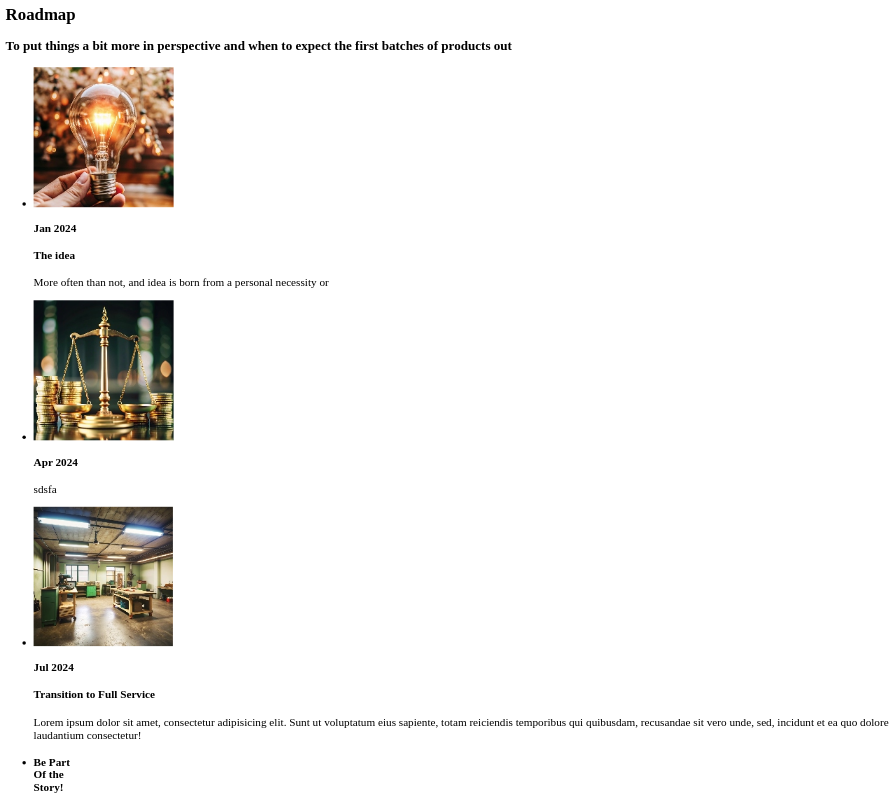
Repository: amazeika/astromakes-landing-page
Page: _includes/roadmap.html
These files come from the project's save history. The page is drawn as it stood at one moment and after the next save; the edit follows.
The browser window is 1280 px wide. The pictures show the whole page, at 70% of full size.

Above is the page before, as saved 2024-07-20 19:17:57.

After the next save:
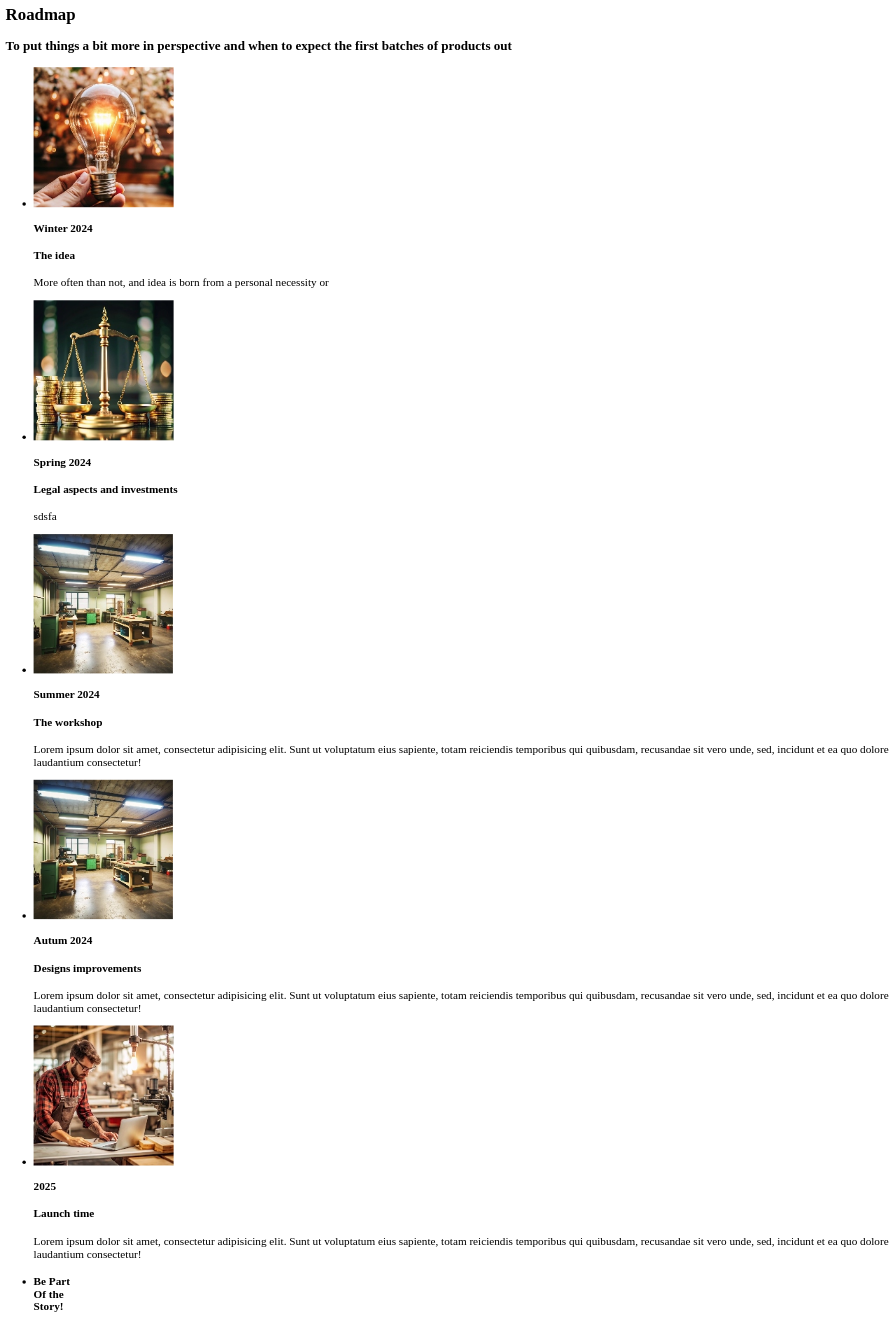
Saved 3 min 52 s later.
--- a/_includes/roadmap.html
+++ b/_includes/roadmap.html
@@ -16,7 +16,7 @@
                             </div>
                             <div class="timeline-panel">
                                 <div class="timeline-heading">
-                                    <h4>Jan 2024</h4>
+                                    <h4>Winter 2024</h4>
                                     <h4 class="subheading">The idea</h4>
                                 </div>
                                 <div class="timeline-body">
@@ -30,8 +30,8 @@
                             </div>
                             <div class="timeline-panel">
                                 <div class="timeline-heading">
-                                    <h4>Apr 2024</h4>
-                                    <h4 class="subheading"></h4>
+                                    <h4>Spring 2024</h4>
+                                    <h4 class="subheading">Legal aspects and investments</h4>
                                 </div>
                                 <div class="timeline-body">
                                     <p class="text-muted"> sdsfa</p>
@@ -44,8 +44,36 @@
                             </div>
                             <div class="timeline-panel">
                                 <div class="timeline-heading">
-                                    <h4>Jul 2024</h4>
-                                    <h4 class="subheading">Transition to Full Service</h4>
+                                    <h4>Summer 2024</h4>
+                                    <h4 class="subheading">The workshop</h4>
+                                </div>
+                                <div class="timeline-body">
+                                    <p class="text-muted">Lorem ipsum dolor sit amet, consectetur adipisicing elit. Sunt ut voluptatum eius sapiente, totam reiciendis temporibus qui quibusdam, recusandae sit vero unde, sed, incidunt et ea quo dolore laudantium consectetur!</p>
+                                </div>
+                            </div>
+                        </li>
+                        <li>
+                            <div class="timeline-image">
+                                <img class="img-circle img-responsive" src="img/about/3.jpg" alt="">
+                            </div>
+                            <div class="timeline-panel">
+                                <div class="timeline-heading">
+                                    <h4>Autum 2024</h4>
+                                    <h4 class="subheading">Designs improvements</h4>
+                                </div>
+                                <div class="timeline-body">
+                                    <p class="text-muted">Lorem ipsum dolor sit amet, consectetur adipisicing elit. Sunt ut voluptatum eius sapiente, totam reiciendis temporibus qui quibusdam, recusandae sit vero unde, sed, incidunt et ea quo dolore laudantium consectetur!</p>
+                                </div>
+                            </div>
+                        </li>
+                        <li class="timeline-inverted">
+                            <div class="timeline-image">
+                                <img class="img-circle img-responsive" src="img/about/4.jpg" alt="">
+                            </div>
+                            <div class="timeline-panel">
+                                <div class="timeline-heading">
+                                    <h4>2025</h4>
+                                    <h4 class="subheading">Launch time</h4>
                                 </div>
                                 <div class="timeline-body">
                                     <p class="text-muted">Lorem ipsum dolor sit amet, consectetur adipisicing elit. Sunt ut voluptatum eius sapiente, totam reiciendis temporibus qui quibusdam, recusandae sit vero unde, sed, incidunt et ea quo dolore laudantium consectetur!</p>
